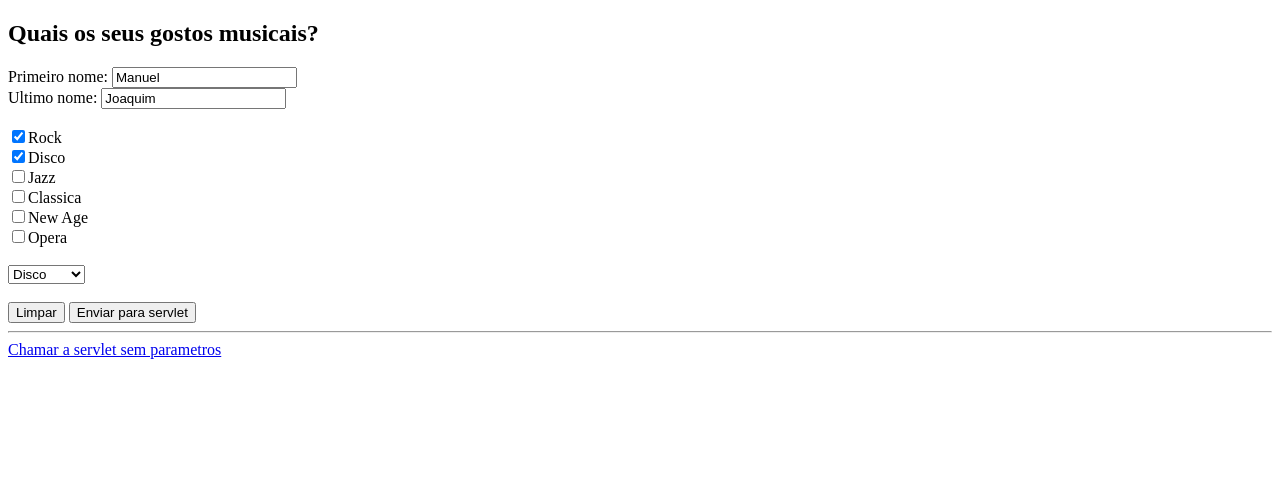
Repository: chuinga/JavaWebAppsDevelopment
Page: JavaWeb/src/main/webapp/AnalisarPedidoHTTP.html
An editor plug-in stored every save of this project. The page is shown before and after the next save, followed by the edit.
The browser window is 1280 px wide. The pictures show the whole page.

Above is the page before, as saved 2024-06-29 14:06:09.

After the next save:
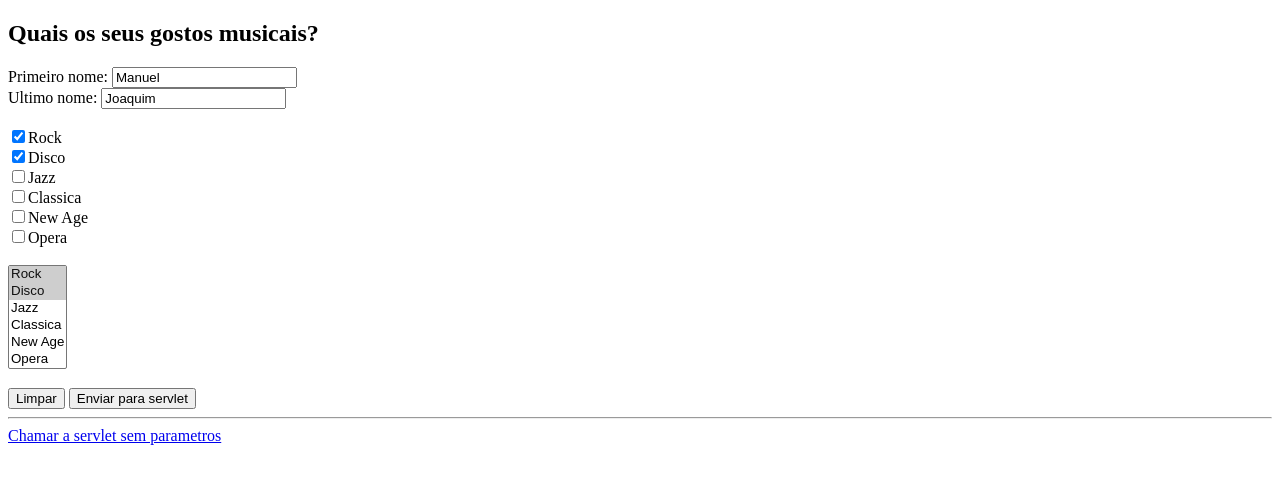
Saved 17 s later.
--- a/JavaWeb/src/main/webapp/AnalisarPedidoHTTP.html
+++ b/JavaWeb/src/main/webapp/AnalisarPedidoHTTP.html
@@ -18,7 +18,7 @@
         <input type="checkbox" name="checkboxMusica" value="New Age">New Age<br>
         <input type="checkbox" name="checkboxMusica" value="Opera">Opera<br>
         <br>
-        <select name="listaEscolhaMusica" size="1">
+        <select name="listaEscolhaMusica" multiple size="6">
             <option value="Rock" selected>Rock</option>
             <option value="Disco" selected>Disco</option>
             <option value="Jazz" >Jazz</option>
